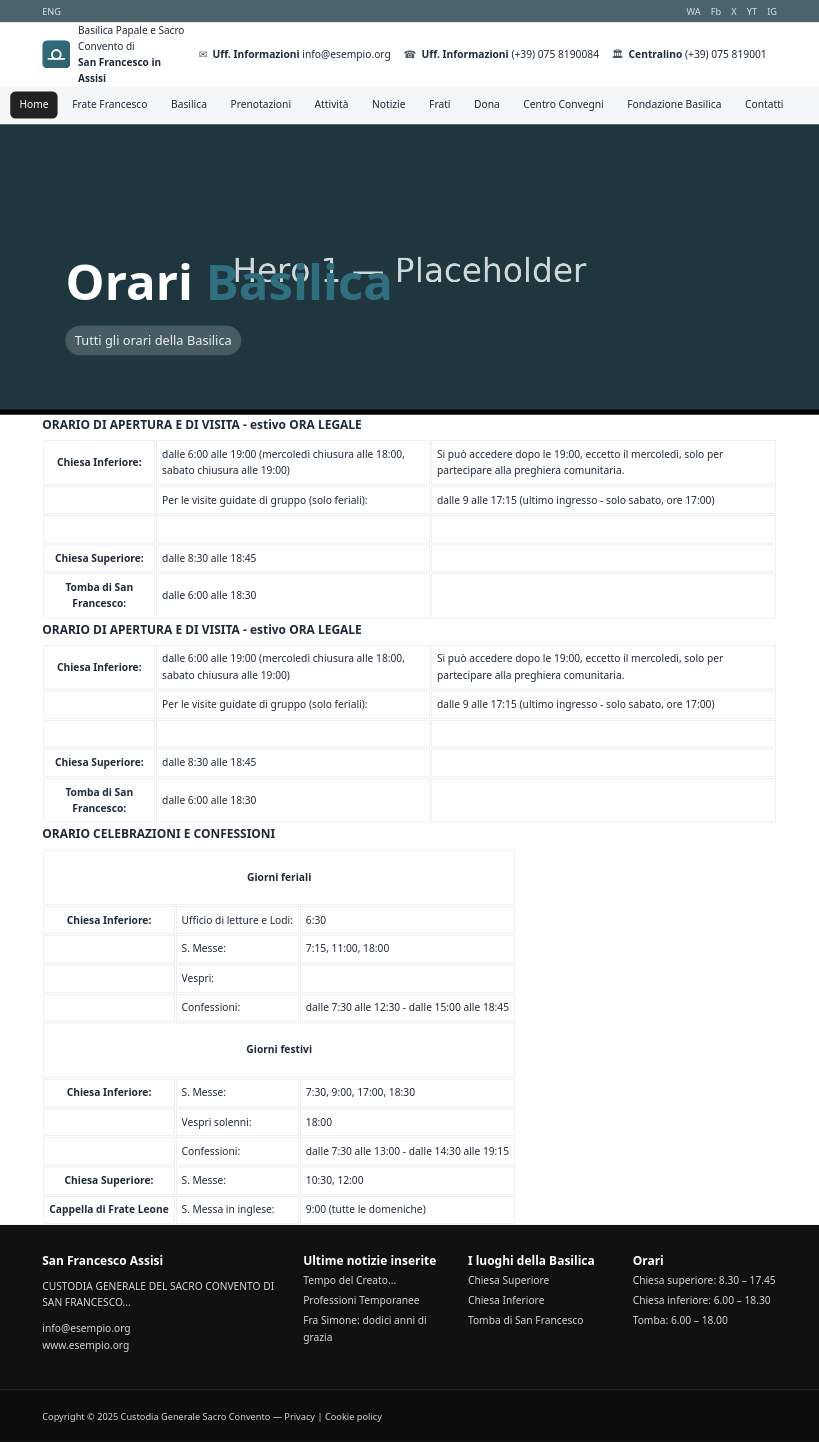
Repository: leacappello/basilica-platform-project
Page: pages/orari.html
An editor plug-in stored every save of this project. The page is shown before and after the next save, followed by the edit.
The browser window is 1280 px wide. The pictures show the whole page, at 64% of full size.

Above is the page before, as saved 2025-09-15 12:22:57.
Console error (its wording comes from the project's code and is left out).

After the next save:
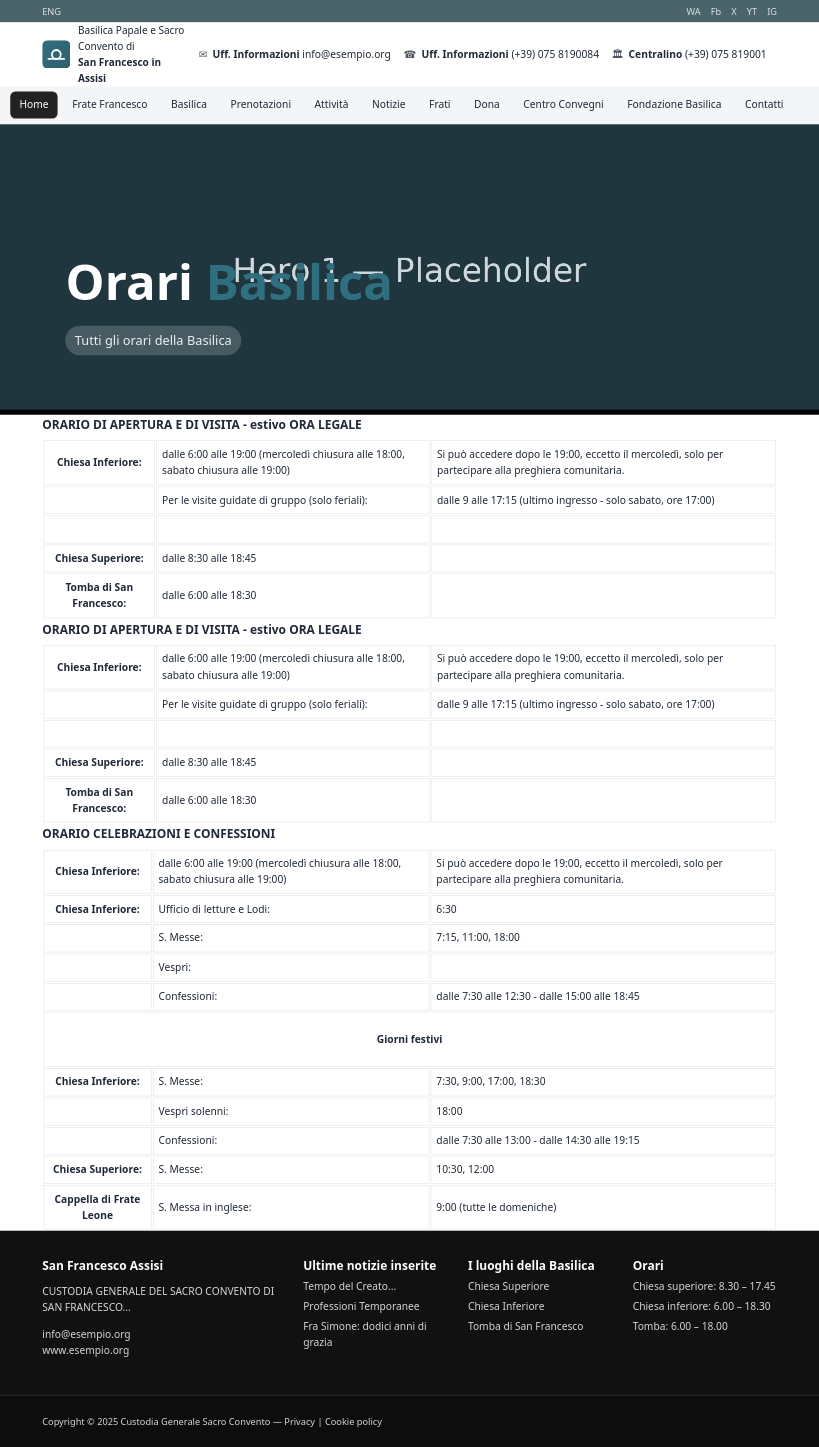
Saved 18 s later.
--- a/pages/orari.html
+++ b/pages/orari.html
@@ -235,13 +235,13 @@
 
                         <h3>ORARIO CELEBRAZIONI E CONFESSIONI</h3>
                          <table class="orari">
-                            <tbody>
-                                <tr>
-                                    <th colspan="3">
-                                        <center>
-                                            <h4>Giorni feriali</h4>
-                                        </center>
-                                    </th>
+                             <tbody>
+                                <tr>
+                                    <th scope="col">Chiesa Inferiore:</th>
+                                    <td>dalle 6:00 alle 19:00 (mercoledì chiusura alle 18:00, sabato chiusura alle
+                                        19:00)</td>
+                                    <td>Si può accedere dopo le 19:00, eccetto il mercoledì, solo per partecipare alla
+                                        preghiera comunitaria.</td>
                                 </tr>
                                 <tr>
                                     <th>Chiesa Inferiore:</th>

After the save that followed:
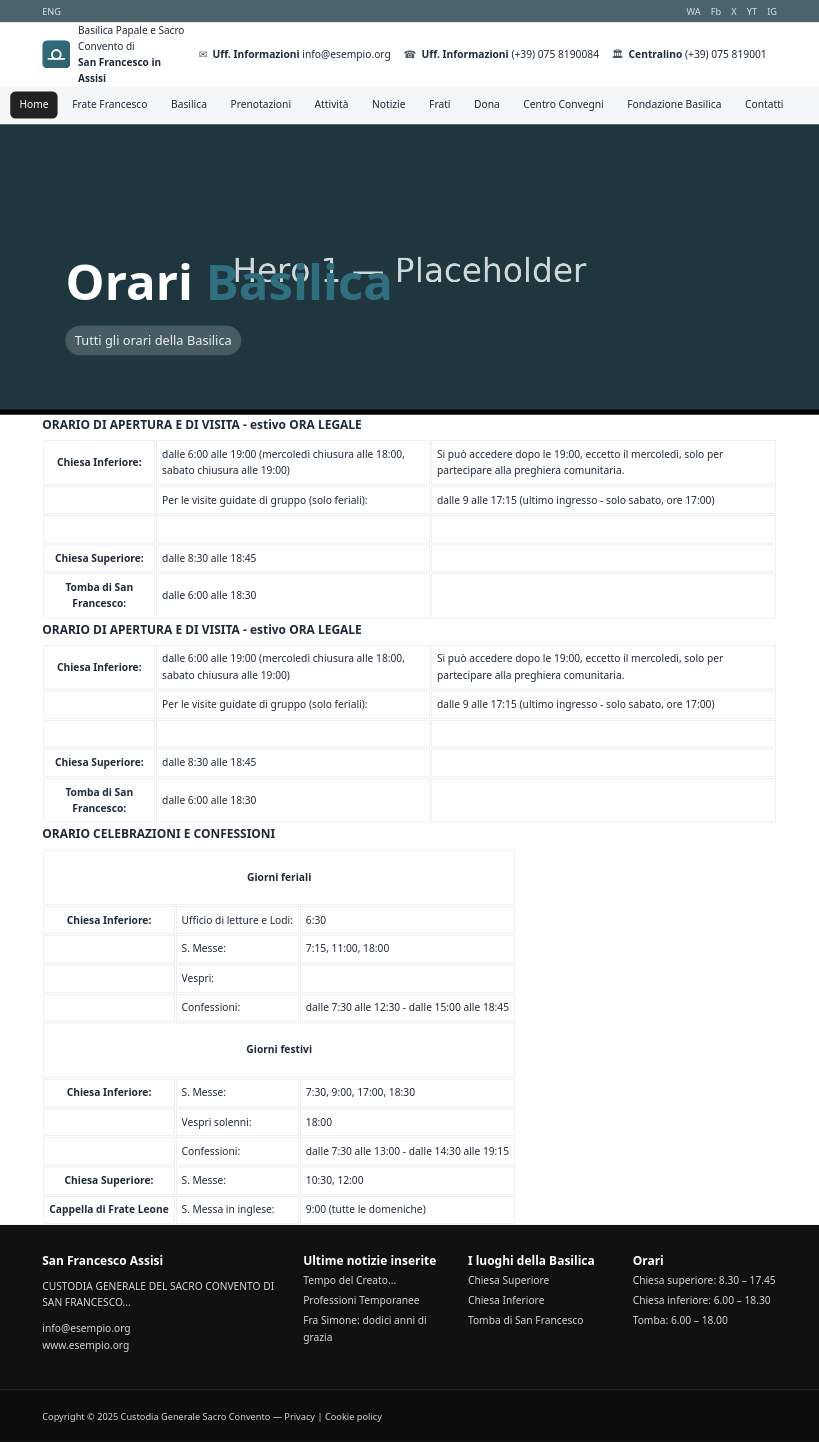
Saved 21 s later.
--- a/pages/orari.html
+++ b/pages/orari.html
@@ -235,13 +235,13 @@
 
                         <h3>ORARIO CELEBRAZIONI E CONFESSIONI</h3>
                          <table class="orari">
-                             <tbody>
-                                <tr>
-                                    <th scope="col">Chiesa Inferiore:</th>
-                                    <td>dalle 6:00 alle 19:00 (mercoledì chiusura alle 18:00, sabato chiusura alle
-                                        19:00)</td>
-                                    <td>Si può accedere dopo le 19:00, eccetto il mercoledì, solo per partecipare alla
-                                        preghiera comunitaria.</td>
+                            <tbody>
+                                <tr>
+                                    <th  scope="col" colspan="3">
+                                        <center>
+                                            <h4>Giorni feriali</h4>
+                                        </center>
+                                    </th>
                                 </tr>
                                 <tr>
                                     <th>Chiesa Inferiore:</th>
